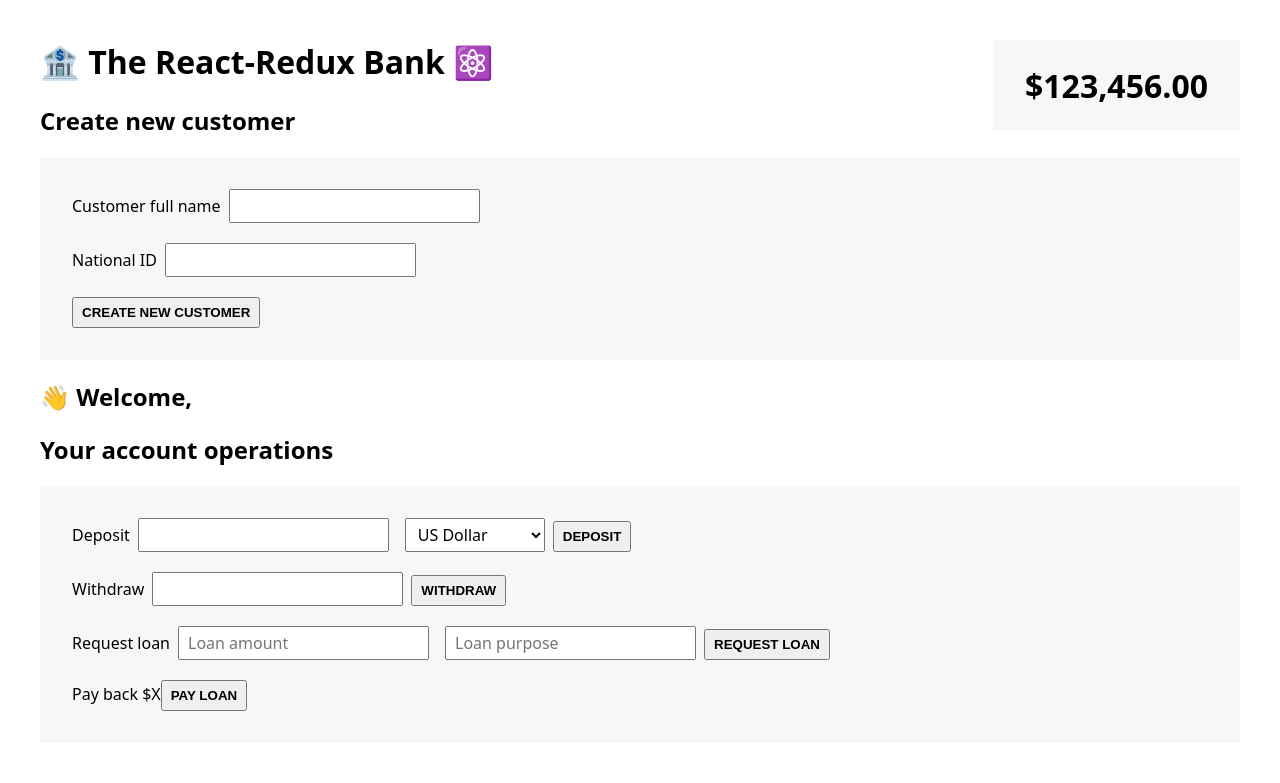
Repository: islamsaeedDev/-The-React-Redux-Bank-
Page: /
These files come from the project's save history. The page is drawn as it stood at one moment and after a run of saves; the edit follows.
The browser window is 1280 px wide. The pictures show the whole page.
The project was rebuilt for these pictures with package versions that can differ from the ones it lists, and the page was loaded fresh each time.

Above is the page before, as saved 2025-10-14 13:00:30.

After the next 4 saves:
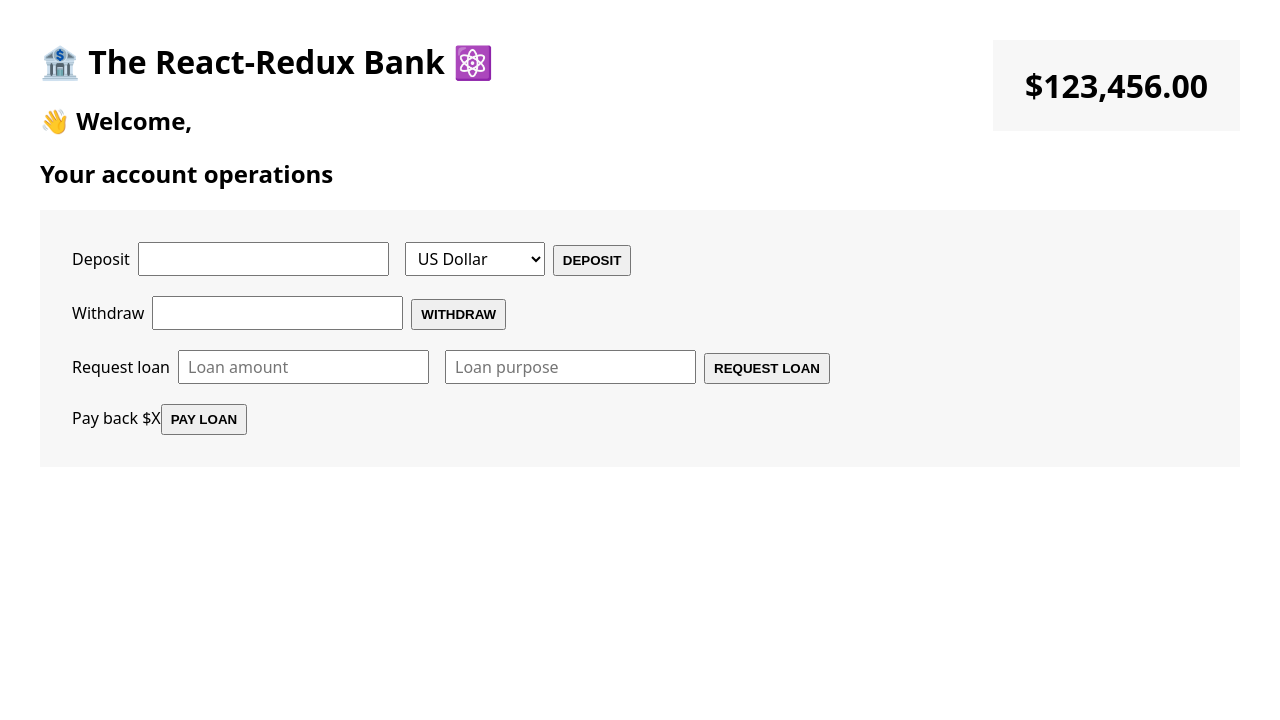
The 4 saves are shown as one change because 3 did not build or start.
The last was saved 3 min 21 s later.
--- a/src/App.js
+++ b/src/App.js
@@ -5,11 +5,16 @@
 import { useSelector } from "react-redux";
 
 function App() {
-  const customerName = useSelector((state) => state.customer.fullName);
+  const fullName = useSelector((state) => state.customer.fullName);
   return (
     <div>
       <h1>🏦 The React-Redux Bank ⚛️</h1>
-      <CreateCustomer />
+      {
+        (!fullName === '' ? <CreateCustomer /> : <></>)
+
+
+      }
+
       <Customer />
       <AccountOperations />
       <BalanceDisplay />
